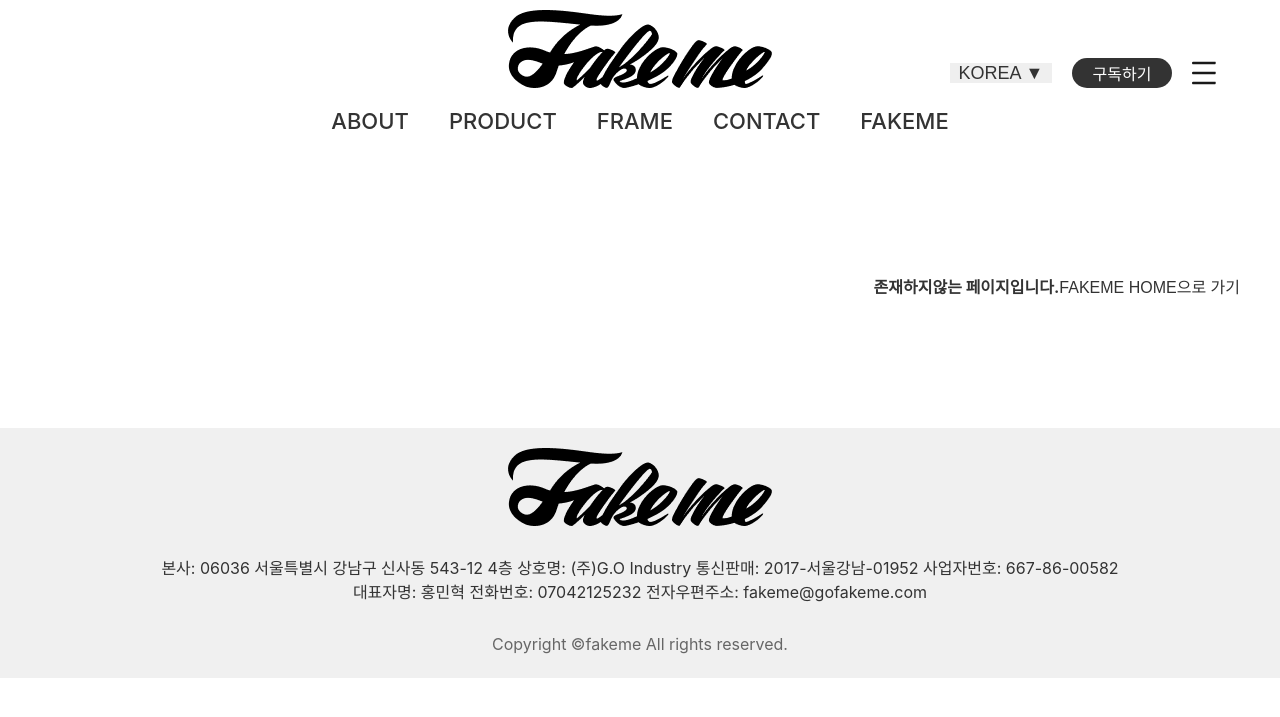
Repository: songjiwon17/fakeme_project
Page: /login
These files come from the project's save history. The page is drawn as it stood at one moment and after the next save; the edit follows.
The browser window is 1280 px wide. The pictures show the whole page.
The project was rebuilt for these pictures with package versions that can differ from the ones it lists, and the page was loaded fresh each time. Also part of the build but not shown: src/data/tab.js, src/pages/Main.jsx, src/pages/About.jsx, src/data/product.js, src/pages/Product.jsx, src/pages/Frame.jsx, src/pages/Contact.jsx, src/pages/Fakeme.jsx.

Above is the page before, as saved 2023-11-27 21:25:07.

### src/index.js
import React from 'react';
import ReactDOM from 'react-dom/client';
import './index.css';
import App from './components/App';
import { BrowserRouter } from 'react-router-dom';

const root = ReactDOM.createRoot(document.getElementById('root'));
root.render(
  <React.StrictMode>
    <BrowserRouter>
      <App />
    </BrowserRouter>
  </React.StrictMode>
);

### src/components/App.js
import './App.css';
import {Routes, Route, Link} from "react-router-dom";
import { Header } from '../pages/Header';
import { Footer} from '../pages/Footer';
import { Main } from '../pages/Main';
import AboutCompany, { About, AboutMember } from '../pages/About';
import { Product } from '../pages/Product';
import { Frame } from '../pages/Frame';
import { Contact } from '../pages/Contact';
import { Fakeme } from '../pages/Fakeme';
import { LocaleProvider } from '../contexts/LocaleContext';
import NotFoundPage from '../pages/NotFoundPage';

function App() {
  return (
    <LocaleProvider defaultValue={'ko'}>
    <div className='main'>
      <Header />
      <Routes>
        <Route path='/' element={<Main />} />
        <Route path='/about' element={<About />}>
          <Route path='company' element={<AboutCompany />} />
          <Route path='member' element={<AboutMember />} />
        </Route>
        <Route path='/product' element={<Product />} />
        <Route path='/frame' element={<Frame />} />
        <Route path='/contact' element={<Contact />} />
        <Route path='/fakeme' element={<Fakeme />} />
        <Route path='*' element={<NotFoundPage />} />
      </Routes>
      <Footer />
    </div>
    </LocaleProvider>
  );
}
export default App;

### src/components/App.css
@import url('https://fonts.googleapis.com/css2?family=Inter:wght@400;500;700&display=swap');

*{
  padding: 0; margin: 0; box-sizing: border-box;
  font-size: 16px; color: #333;
}
ul{list-style: none;}
a{text-decoration: none;}
img{display: block; border: none;}
button{border: none; background-color: transparent; cursor: pointer;}

/* base */

.content{width: 100%; padding: 130px 0;}
.inner{width: 1200px; margin: 0 auto;}
.wrap{display: flex; flex-wrap: wrap; justify-content: flex-start; align-items: center;}
.content .title{margin: 0 0 20px; font-size: 28px; text-transform: uppercase; text-align: center;}
.content .txt{margin: 0 0 40px; text-align: center; color: #777;}

/* NotFoundPage */
.NotFoundinner{width: 1200px; margin: 0 auto; display: flex; justify-content: flex-end; align-items: center;}

@media screen and (max-width:1200px) {
  .content{padding: 100px 30px;}
  .inner{width: 100%;}
  .gnb{display: none;}
}
@media screen and (max-width:960px) {
  .content{padding: 80px 20px;}
  .inner{width: 100%;}
  .gnb{display: none;}
}
@media screen and (max-width:480px) {
  .content{padding: 60px 20px;}
  .inner{width: 100%;}
  .gnb{display: none;}
}

/* header */

header{position: relative; width: 100%; padding-top: 10px;}
header .logo img{margin: 0 auto 10px;}
header .top_nav{
  position: absolute; right: 5%; top: 40%;
  display: flex; align-items: center;
}
header .lang{font-size: 18px; font-weight: 500; text-align: center; cursor: pointer;}
header .lang::after{
  position: absolute; left: 0; bottom: 0;
  content: '';
  width: 60px; height: 1px; background-color: #333;
}
select{
  border: none; border-radius: none;
  -webkit-appearance: none; -moz-appearance: none; appearance: none;
}
select:focus{outline: 0;}

header .top_nav .subcribe{width: 100px; height: 30px; margin: 0 20px; border-radius: 20px; background-color: #333; color: #fff;}
header .top_nav .subcribe:hover{border: 1px solid #333; background-color: #fff; color: #333; transition: 0.2s;}
header .panel{cursor: pointer;}

/* gnb */

.gnb .wrap{justify-content: center;}
.gnb > ul > li{padding: 10px 20px;}
.gnb > ul > li a{
  font-size: 22px; font-weight: 500;
  text-transform: uppercase;
}

/* visual */

.visual{width: 100%; height: 700px; background-image: url(/public/images/main_01.png); background-repeat: no-repeat; background-position: center;background-size: cover;}
.visual img{width: 100%; height: 100%;}

/* fakeme23 */

.fakeme23 .tab_btn{width: 100%; text-align: center;}
.fakeme23 .tab_btn > a{
  display: inline-block;
  width: 100px; margin: 0 10px 40px; border-radius: 15px; border: 1px solid #999;
  font-size: 16px; line-height: 30px; text-align: center; transition: 0.5s; color: #999;
}
.fakeme23 .tab_btn > a:hover{background-color: #333; border-color: #333; color: #fff;}
.fakeme23 .pic{width: 280px; margin: 0 10px 20px;}
.fakeme23 .pic img{width: 100%; height: 100%;}

@media screen and (max-width: 1200px) {
  .fakeme23 .pic{width: 22.5%; margin: 1% 10px;}
}
@media screen and (max-width: 960px) {
  .fakeme23 .wrap{justify-content: center;}
  .fakeme23 .pic{width: 37.5%; margin: 1.5% 10px;}
}
@media screen and (max-width: 768px) {
  .fakeme23 .pic{width: 47%; margin: 1.5% 20px;}
}

/* about */

.about .pic{width: 580px; height: 300px; margin: 60px 0 100px;}
.about .wrap:first-of-type .pic{width: 580px; height: 600px;}
.about img{width: 100%; height: 100%;}
.about .info{display: flex; flex-direction: column; justify-content: center; align-items: flex-start; width: 580px; height: 300px; padding: 25px;}
.about h3{margin-bottom: 28px; font-size: 28px;}
.about .txt{font-size: 16px; line-height: 30px; text-align: left;}
.about .wrap:nth-of-type(2) .pic{order: 1;}

@media screen and (max-width:1200px) {
  .about .wrap{justify-content: center;}
}

/* banner */

.banner{
  position: relative;
  width: 100%; height: 350px; padding: 280px 0;
  background-image: url(/public/images/banner_add.png); background-repeat: no-repeat; background-position: center;
}
.banner h3{
  position: absolute; left: 50%; top: 50%; transform: translate(-50%,-50%);
  font-size: 28px; font-weight: 700; color: #fff;
}

/* best */

.best{width: 100%; padding: 220px 0;}
.best .txt{margin-bottom: 60px;}
.best .box{width: 380px; height: 400px; margin-bottom: 20px;}
.best img{width: 100%; height: 100%;}
.best .box h4{width: 100%; height: 100%; display: flex; justify-content: center; align-items: center;}

@media screen and (max-width:1200px) {
  .best .box{width: 48.5%; height: 100%;}
}
@media screen and (max-width:768px) {
  .best .box{width: 100%; height: 100%;}
}

/* footer */

footer{width: 100%; height: 250px; background-color: #F0F0F0;}
footer .inner{display: flex; flex-direction: column; justify-content: center; align-items: center; padding: 20px;}
footer .txt{margin-top: 30px; line-height: 24px; font-size: 16px; font-weight: 400; text-align: center;}
footer .copyright{margin-top: 30px; font-size: 16px; color: #666;}


/* main_manu */

/* product */
.product .tab_btn a{
  display: inline-block;
  width: 100px; margin: 0 10px 40px; border-radius: 15px; border: 1px solid #999;
  font-size: 16px; line-height: 30px; text-align: center; transition: 0.5s; color: #999;
}
.product .tab_btn > a:hover{background-color: #333; border-color: #333; color: #fff;}
.product .ProductBox{width: 270px; margin: 0 30px 30px 0;}
.product .ProductBox img{width: 100%; height: 100%;}

/* about */

.about_f .wrap{justify-content: center;}
.about_f .menu button{
  width: 100px; margin: 0 10px 40px; border-radius: 15px; border: 1px solid #999;
  font-size: 16px; line-height: 30px; text-align: center; transition: 0.5s; color: #999;
}
.about_f .menu button:hover{background-color: #333; border-color: #333; color: #fff;}

.about_f .box.company{width: 100%; padding-top: 50px; border: 1px solid #333;}
.about_f .wrap{margin-bottom: 50px; flex-direction: column;}
.about_f .title{margin: 40px 0; font-size: 22px; color: #666;}
.about_f .txt{font-size: 14px; color: #999;}

.about_f .member{width: 100%; height: 400px; background-color: coral;}

### src/pages/Header.jsx
import {Link, NavLink} from 'react-router-dom';
import LocaleSelect from '../components/LocaleSelect';
import useTranslate from '../hokks/useTranslate';

function getLinkStyle({isActive}){
  return{
    textDecoration: isActive? 'underline' : undefined,
  }
}

export function Header(){
  const t = useTranslate();

    return(
        <header>
        <div className='inner'>
          <h1 className='logo'><Link to='/'><img src="/images/logo/logo_fakeme.png" alt='상단fakeme로고이미지'></img></Link></h1>
          <div className='gnb'>
            <ul className='wrap'>
              <li><NavLink to ='/about' style={getLinkStyle}>about</NavLink></li>
              <li><NavLink to ='/product' style={getLinkStyle}>product</NavLink></li>
              <li><NavLink to ='/frame' style={getLinkStyle}>frame</NavLink></li>
              <li><NavLink to ='/contact' style={getLinkStyle}>contact</NavLink></li>
              <li><NavLink to ='/fakeme' style={getLinkStyle}>fakeme</NavLink></li>
            </ul>
          </div>
        </div>
        <div className='top_nav'>
          <LocaleSelect/>
          <button type='button' className='subcribe'>{t('subscribe button')}</button>
          <div className='panel' onClick={()=>{
            console.log('test');

            }}><img src='/images/panel_icon.png' alt='패널아이콘'/></div>
        </div>
      </header>
    )
}

### src/pages/Footer.jsx
export function Footer(){
    return(
        <footer>
        <div className='inner'>
          <h1 className='logo'><img src="/images/logo/logo_fakeme.png" alt='하단fakeme로고이미지'></img></h1>
          <p className='txt'>
            본사: 06036 서울특별시 강남구 신사동 543-12 4층 상호명: (주)G.O Industry  통신판매: 2017-서울강남-01952 사업자번호: 667-86-00582<br/>
            대표자명: 홍민혁 전화번호: 07042125232 전자우편주소: fakeme@gofakeme.com
          </p>
          <p className='copyright'>Copyright ©fakeme All rights reserved.</p>
        </div>
      </footer>
    )
}

### src/contexts/LocaleContext.js
import { createContext, useContext, useState } from "react";

const LocaleContext = createContext();

export function LocaleProvider({defaultValue = 'ko', children}){
    const [locale, setLocale] = useState(defaultValue);
    return(<LocaleContext.Provider value={{locale, setLocale}}>{children}</LocaleContext.Provider>)
}

export function useLocale(){
    const context = useContext(LocaleContext);
    if(!context){
        throw new Error('반드시 LocaleProvider 안에서 사용해야 합니다.');
    }
    return context.locale;
}

export function useSetLocale(){
    const context = useContext(LocaleContext);
    if(!context){
        throw new Error('반드시 LocaleProvider 안에서 사용해야 합니다.');
    }
    return context.setLocale;
}

### src/pages/NotFoundPage.jsx
import {Link} from 'react-router-dom';

function NotFoundPage(){
    return(
        <div className='content'>
            <div className='NotFoundinner'>
                <h3>존재하지않는 페이지입니다.</h3>
                <Link to='/'><button>FAKEME HOME으로 가기</button></Link>
            </div>
        </div>
    )
}

export default NotFoundPage;

### src/components/LocaleSelect.js
import { useLocale, useSetLocale } from "../contexts/LocaleContext";

function LocaleSelect(){
    const locale = useLocale();
    const setLocale = useSetLocale();

    const handleChange = (e)=>setLocale(e.target.value);

    return(
        <select className='lang' value={locale} onChange={handleChange}>
            <option value='ko'>KOREA ▼</option>
            <option value='en'>ENGLISH ▼</option>
        </select>
    )
}

export default LocaleSelect;

### src/hokks/useTranslate.js
import { useLocale } from "../contexts/LocaleContext";

const dict = {
    ko: {
        'subscribe button' : '구독하기',
        'company button' : '회사소개',
        'member button' : '멤버소개',
        'title_01' :
        '페이크미는 아름다움의 다양함을 환기시키는 흥미로운 브랜드 입니다.',
        'title_02' :
        '가림과 변화, 시선과 응시',
        'txt_01':
        '우리는 디자인을 하고 제품을 만들어 냅니다. 제품은 아름다워야 하며, 디자인은 선의(善意)를 가지고 있어야 합니다. 디자인이 가진 직접적인 선의는 최신 트랜드를 홍보하는 것이 아니라, 폭넓고 다양한 아름다움에 대해 이야기하는 것이라 믿습니다. 그로써 미(美)의 기준을 넓혀갈 수 있게 도움을 주는 것입니다. 그렇게 얻은 아름다움에 대한 절차의 정당성을 확보하고, 정통성을 가질 수 있게 하는 것. 이것이 페이크미가 하고 있는 일입니다.',
        'txt_02':
        '아이웨어는 주체와 타자사이에 존재하는 제3의 요소입니다. 그렇기에 아이웨어는 주체를 보고 있는 타자와 타자에게 보여지는 주체와의 관계 속에서만 기능합니다. 위와 같은 관계의 특성을 시각화함으로 "가림과 변화", "시선과 응시"의 의미를 제품과 디자인으로 표현합니다. 이러한 페이크미의 행동이 사용자에게 스스로를 즐겁게 찾아 갈 수 있는 영감이 되길 희망합니다.',
        'txt_03':
        '페이크미가 생각하는 소비자는 브랜드의 환상을 소비하는 사람도 아니며, 트렌드에 맞게 변해야 하는 대상도 아닙니다. 온전하게 당신다움으로 충분히 아름답다는 것을 인정하는 사람들이길 바랍니다. 그들과 함께 "이것도 아름다울 수 있는가?"에 대한 합당한 동의를 얻어 가려합니다. 이같은 태도가 페이크미를 차별화시키며, 유지시키는 힘입니다.',
        'main_txt_01':
        '가림과 변화, 시선과 응시 의미를 제품과 디자인으로 표현합니다. 페이크미의 행동이 사용자에게 스스로를 즐겁게 찾아 갈 수 있는 영감이 되길 희망합니다.',
        'main_txt_02':
        '페이크미가 생각하는 소비자는 브랜드의 환상을 소비하는 사람, 변해야 하는 대상도 아닙니다. 온전하게 당신다움으로 충분히 아름답다는 것을 인정하는 사람들이길 바랍니다.',
    },

    en: {
        'subscribe button' : 'Sub',
        'company button' : 'Company',
        'member button' : 'Member',
        'title_01' :
        'FAKEMe is an interesting brand that evokes the variety of beauty.',
        'title_02' :
        'Covering and Changing, Looking and Staring',
        'txt_01' :
        'We design and create products. The product should be beautiful, and the design should have good intentions (善意). The direct goodwill of design is not to promote the latest trends, I believe we are talking about a wide range of beauty. This is to help you expand the standards of beauty. Securing the legitimacy of the procedure for the beauty obtained in that way, To be able to have legitimacy. This is what Fake Me is doing.',
        'txt_02' :
        'Eyewear is the third element that exists between the subject and the other. So, eyewear is something that is shown to the other and the other who is looking at the subject It only functions in relation to the subject. By visualizing the characteristics of the relationship above It expresses the meaning of "cover and change" and "look and gaze" with products and designs. This Fake Me is behavior has been shown to the user  I hope it will be an inspiration to find myself happily.',
        'txt_03':
        'The consumer that Fake Me thinks is not someone who consumes the illusion of the brand, It is not even something that needs to change with the trend. I hope they acknowledge that you are beautiful enough to be intact. With them, I am going to get a reasonable agreement on "Can this be beautiful too?" This attitude is the power to differentiate and maintain fake beauty.',
        'main_txt_01':
        'It expresses the meaning of cover and change, gaze and gaze with products and designs. We hope that FAKEME is actions will inspire users to find themselves enjoyable.',
        'main_txt_02':
        'The consumer that Fake Me thinks is It is not someone who consumes the illusion of a brand, nor is it an object that needs to change. I hope they acknowledge that you are beautiful enough to be intact.',
    }
}
function useTranslate(){
    const locale = useLocale();
    const translate = (key)=>dict[locale][key] || '';
    return translate;
}
export default useTranslate;

Loaded but not shown: public/index.html (common file); src/index.css (common file)

After the next save:
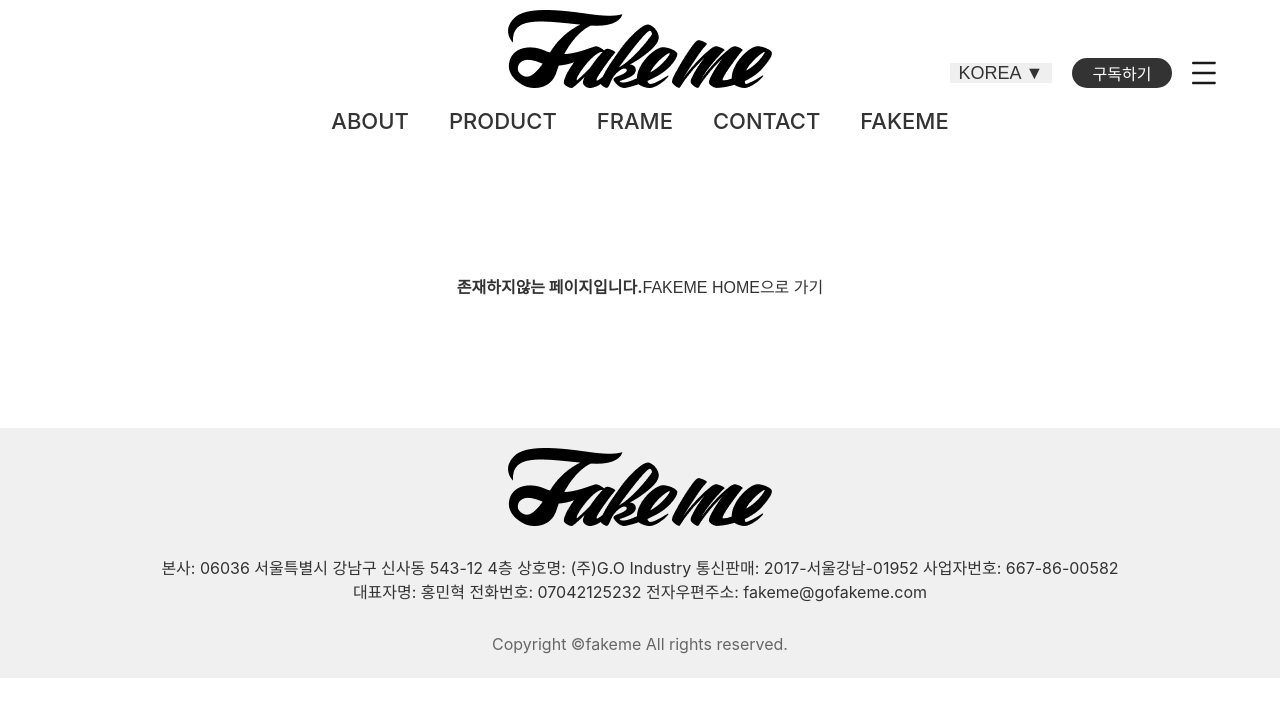
Saved 6 s later.
--- a/src/components/App.css
+++ b/src/components/App.css
@@ -18,7 +18,7 @@
 .content .txt{margin: 0 0 40px; text-align: center; color: #777;}
 
 /* NotFoundPage */
-.NotFoundinner{width: 1200px; margin: 0 auto; display: flex; justify-content: flex-end; align-items: center;}
+.NotFoundinner{width: 1200px; margin: 0 auto; display: flex; justify-content: center; align-items: center;}
 
 @media screen and (max-width:1200px) {
   .content{padding: 100px 30px;}
